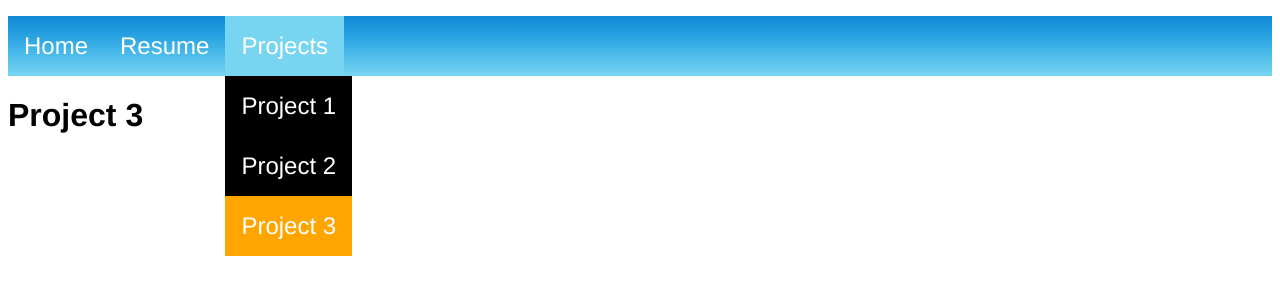
Repository: TangDylan/TangDylan.github.io
Page: project3.html
The author's editor kept a record of every edit. The page is drawn from the files as they stood at one moment, then again after the next edit.
The browser window is 1280 px wide. The pictures show the whole page.
The pointer rests on the first visible `.dropdown`.

Above is the page before.

### project3.html
<!DOCTYPE html>
<html>
    <head>

        <title>Project 3</title>

        <link rel="stylesheet" type="text/css" href="style.css">

    </head>

    <body>

      <ul class="navbar">
        <li><a href="index.html">Home</a></li>
        <li><a href="resume.html">Resume</a></li>
        <li class="dropdown">
          <div>Projects</div>
          <ul class="dropdown-content">
            <li><a href="project1.html">Project 1</a></li>
            <li><a href="project2.html">Project 2</a></li>
            <li class="active"><a href="project3.html">Project 3</a></li>

          </ul>

        </li>

      </ul>

        <h1>
          Project 3
        </h1>


    </body>

</html>

### style.css


          * {
            font-family:helvetica;
          }

          .navbar {
            list-style:none;
            background-image: linear-gradient(to bottom, #1388d6, #219cdf, #3bb0e6, #59c3ec, #77d5f2);
            overflow:hidden;
            padding:0;

          }

          .navbar a, .dropdown div {
            text-decoration:none;
            color:white;
            font-size:24px;
            padding: 16px;
            display:inline-block
          }

          .navbar li {
            float:left;
          }

          .navbar li:hover {
          background-color: #77d5f2;
          }

          .dropdown-content {
            list-style:none;
            padding:0;
            display:none;
            position:absolute;
            z-index:1;
            background-color:black;
          }

          .dropdown-content li {
            float:none;
          }

          .dropdown:hover .dropdown-content {
           display:block;
          }

          .active {
           background-color:orange;
          }

After the next edit:
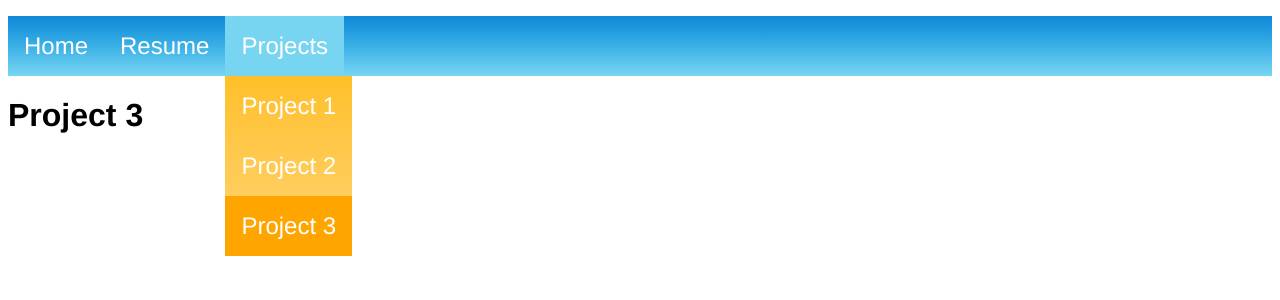
The edit:
--- a/style.css
+++ b/style.css
@@ -43,6 +43,7 @@
 
           .dropdown:hover .dropdown-content {
            display:block;
+           background-image: linear-gradient(to bottom, #ffbf29, #ffc53f, #ffca52, #ffd063, #ffd573);
           }
 
           .active {
